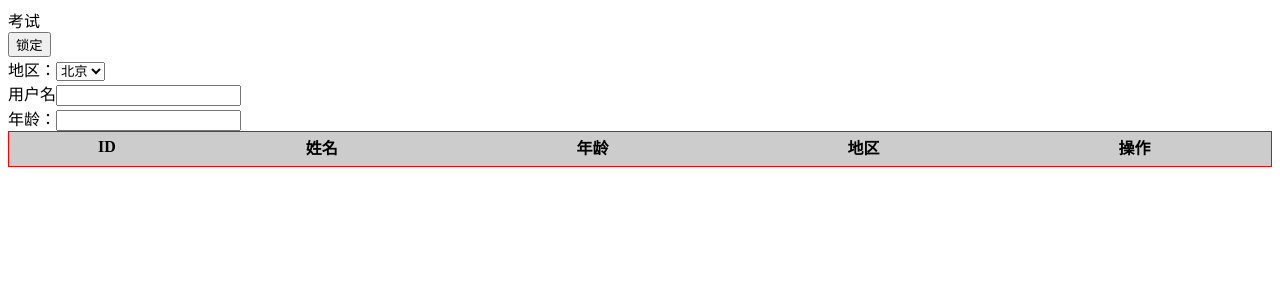
Repository: Sjl-2114/2006z
Page: / (app in A卷/vue-kaoshi/)
An editor plug-in stored every save of this project. The page is shown before and after a run of saves, followed by the edit.
The browser window is 1280 px wide. The pictures show the whole page.
The project was rebuilt for these pictures with package versions that can differ from the ones it lists, and the page was loaded fresh each time.

Above is the page before, as saved 2021-04-28 15:58:48.

After the next 2 saves:
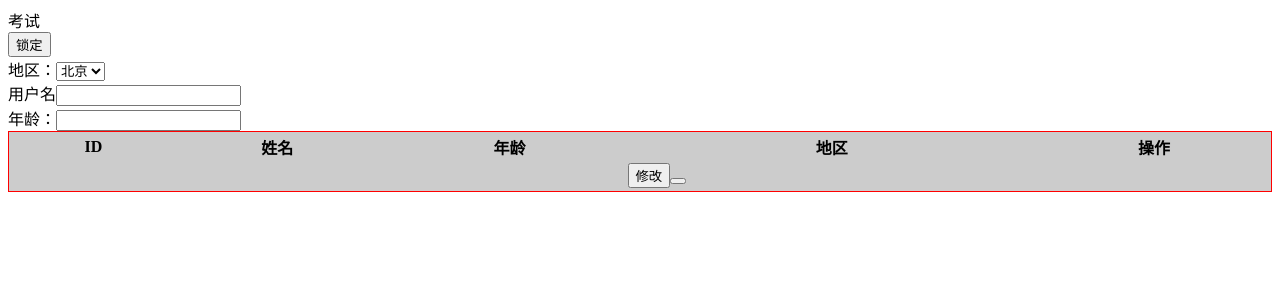
The 2 saves are shown as one change because they came seconds apart.
The last was saved 10 s later.
--- a/A卷/vue-kaoshi/src/App.vue
+++ b/A卷/vue-kaoshi/src/App.vue
@@ -36,7 +36,8 @@
             <td></td>
             <td></td>
             <td>
-
+              <button>修改</button>
+              <button></button>
             </td>
           </tr>
         </tbody>
